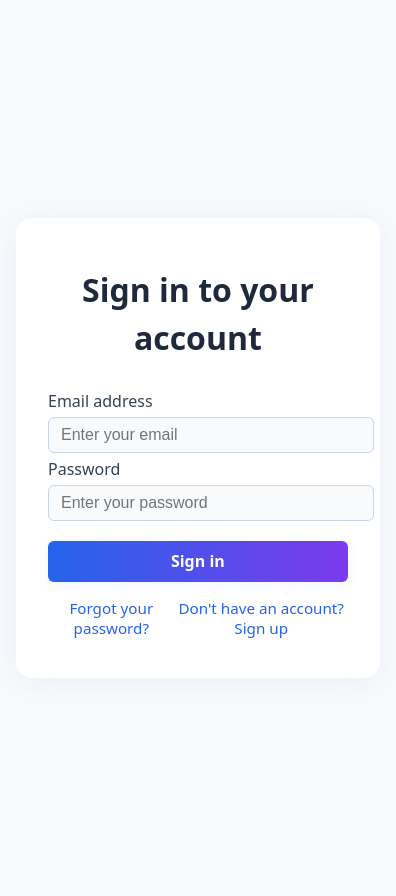
Repository: him021204/Task-Manager
Page: / (app in client/)
An editor plug-in stored every save of this project. The page is shown before and after the next save, followed by the edit.
The browser window is 375 px wide. The page is 396 px wide, then 375 px, so the pictures cover 396 px, including what lies to the right of the window. The pictures show the whole page.
The page's requests for data from a server got no answer. The project was rebuilt for these pictures with package versions that can differ from the ones it lists, and the page was loaded fresh each time. No one was signed in, and anything a server would have sent is missing. Also part of the build but not shown: client/vite.config.js, client/src/pages/Dashboard.css, client/src/pages/Dashboard.jsx, client/src/pages/Register.css, client/src/pages/Register.jsx, client/src/pages/Analytics.css, client/src/pages/Analytics.jsx, client/src/pages/CalendarView.css and 1 more.

Above is the page before, as saved 2025-06-16 19:22:24.

### client/src/App.jsx
import { BrowserRouter as Router, Routes, Route } from 'react-router-dom';
import { SocketProvider } from './context/SocketContext';
import { AuthProvider } from './context/AuthContext';
import Home from './pages/Home';
import Dashboard from './pages/Dashboard';
import Login from './pages/Login';
import Register from './pages/Register';
import Analytics from './pages/Analytics';
import CalendarView from './pages/CalendarView';
import { ToastContainer } from 'react-toastify';
import 'react-toastify/dist/ReactToastify.css';

const App = () => {
  // You can also remove the dark state if not needed
  // const [dark, setDark] = useState(false);
  return (
    <div className="min-h-screen bg-gray-100 text-black">
      <AuthProvider>
        <SocketProvider>
          <Router>
            <main className="pt-12 px-2 max-w-7xl mx-auto">
              <Routes>
                <Route path="/" element={<Login />} />
                <Route path="/home" element={<Home />} />
                <Route path="/dashboard" element={<Dashboard />} />
                <Route path="/register" element={<Register />} />
                <Route path="/analytics" element={<Analytics />} />
                <Route path="/calendar" element={<CalendarView />} />
              </Routes>
            </main>
          </Router>
          <ToastContainer position="top-right" autoClose={3000} />
        </SocketProvider>
      </AuthProvider>
    </div>
  );
};

export default App;

### client/src/context/SocketContext.jsx
import { createContext, useContext, useEffect } from 'react';
import { socket } from '../utils/socket';

const SocketContext = createContext();

export const SocketProvider = ({ children }) => {
  useEffect(() => {
    return () => socket.disconnect();
  }, []);

  return (
    <SocketContext.Provider value={socket}>
      {children}
    </SocketContext.Provider>
  );
};

export const useSocket = () => useContext(SocketContext);

### client/src/context/AuthContext.jsx
import { createContext, useContext, useEffect, useState } from 'react';
import axios from 'axios';

export const AuthContext = createContext();

export const AuthProvider = ({ children }) => {
  const [user, setUser] = useState(null);
  const [token, setToken] = useState(localStorage.getItem('token'));

  useEffect(() => {
    if (token) {
      axios.defaults.headers.common['Authorization'] = `Bearer ${token}`;
      setUser(JSON.parse(localStorage.getItem('user')));
    }
  }, [token]);

  const login = (data) => {
    localStorage.setItem('token', data.token);
    localStorage.setItem('user', JSON.stringify(data.user));
    setUser(data.user);
    setToken(data.token);
  };

  const logout = () => {
    localStorage.clear();
    setUser(null);
    setToken(null);
  };

  return (
    <AuthContext.Provider value={{ user, login, logout }}>
      {children}
    </AuthContext.Provider>
  );
};

export const useAuth = () => useContext(AuthContext);

### client/src/pages/Login.jsx
import { useNavigate } from 'react-router-dom';
import { useState } from 'react';
import axios from 'axios';
import './Login.css';

const Login = () => {
  const navigate = useNavigate();
  const [form, setForm] = useState({ email: '', password: '' });
  const [errors, setErrors] = useState({});
  const [isLoading, setIsLoading] = useState(false);
  const [serverError, setServerError] = useState('');

  // Handle input changes
  const handleInputChange = (field, value) => {
    setForm((prev) => ({ ...prev, [field]: value }));
    setErrors((prev) => ({ ...prev, [field]: '' }));
  };

  // Handle form submit
  const handleSubmit = async (e) => {
  e.preventDefault();

  let newErrors = {};
  if (!form.email) newErrors.email = 'Email is required';
  if (!form.password) newErrors.password = 'Password is required';
  setErrors(newErrors);
  if (Object.keys(newErrors).length > 0) return;

  try {
    setIsLoading(true);
    setServerError('');
    const res = await axios.post('http://localhost:5000/api/auth/login', form);
    if (res.data.token) {
      localStorage.setItem('token', res.data.token);
      navigate('/home');
    } else {
      setServerError('No token received from server');
    }
  } catch {
    setServerError('Invalid email or password');
  } finally {
    setIsLoading(false);
  }
};

  return (
    <div className="login-bg">
      <div className="login-container">
        <h2 className="login-title">Sign in to your account</h2>

        {serverError && (
          <div className="login-alert">{serverError}</div>
        )}

        <form className="space-y-4" onSubmit={handleSubmit}>
          {/* Email Field */}
          <div>
            <label htmlFor="email" className="login-label">
              Email address
            </label>
            <input
              id="email"
              name="email"
              type="email"
              autoComplete="email"
              required
              className={`login-input${errors.email ? ' error' : ''}`}
              placeholder="Enter your email"
              value={form.email}
              onChange={(e) => handleInputChange('email', e.target.value)}
              disabled={isLoading}
            />
            {errors.email && (
              <div className="login-error">{errors.email}</div>
            )}
          </div>

          {/* Password Field */}
          <div>
            <label htmlFor="password" className="login-label">
              Password
            </label>
            <input
              id="password"
              name="password"
              type="password"
              autoComplete="current-password"
              required
              className={`login-input${errors.password ? ' error' : ''}`}
              placeholder="Enter your password"
              value={form.password}
              onChange={(e) => handleInputChange('password', e.target.value)}
              disabled={isLoading}
            />
            {errors.password && (
              <div className="login-error">{errors.password}</div>
            )}
          </div>

          {/* Submit Button */}
          <button
            type="submit"
            disabled={isLoading}
            className="login-btn"
          >
            {isLoading ? (
              <>
                <svg className="animate-spin -ml-1 mr-3 h-5 w-5 text-white" xmlns="http://www.w3.org/2000/svg" fill="none" viewBox="0 0 24 24">
                  <circle className="opacity-25" cx="12" cy="12" r="10" stroke="currentColor" strokeWidth="4"></circle>
                  <path className="opacity-75" fill="currentColor" d="M4 12a8 8 0 018-8V0C5.373 0 0 5.373 0 12h4zm2 5.291A7.962 7.962 0 014 12H0c0 3.042 1.135 5.824 3 7.938l3-2.647z"></path>
                </svg>
                Signing in...
              </>
            ) : (
              'Sign in'
            )}
          </button>
        </form>

        {/* Additional Links */}
        <div className="login-links">
          <button className="login-link-btn" type="button">
            Forgot your password?
          </button>
          <button
            className="login-link-btn"
            type="button"
            onClick={() => navigate('/register')}
          >
            Don't have an account? Sign up
          </button>
        </div>
      </div>
    </div>
  );
};

export default Login;

### client/src/pages/Login.css
.login-bg {
  min-height: 100vh;
  width: 97vw;
  display: flex;
  align-items: center;
  justify-content: center;
  background: #f9fafb;
  padding: 3rem 1rem;
}

.login-container {
  width: 100%;
  max-width: 400px;
  background: #fff;
  border-radius: 1rem;
  box-shadow: 0 4px 32px rgba(37, 99, 235, 0.08);
  padding: 2.5rem 2rem;
  margin: 0 auto;
}

.login-title {
  margin-top: 0.5rem;
  text-align: center;
  font-size: 2rem;
  font-weight: 800;
  color: #1e293b;
}

.login-alert {
  background: #fef2f2;
  border: 1px solid #fecaca;
  color: #dc2626;
  padding: 0.75rem 1rem;
  border-radius: 0.5rem;
  font-size: 0.95rem;
  margin-bottom: 1rem;
  text-align: center;
}

.login-label {
  display: block;
  font-size: 1rem;
  font-weight: 500;
  color: #334155;
  margin-bottom: 0.25rem;
}

.login-input {
  width: 100%;
  padding: 0.5rem 0.75rem;
  border: 1px solid #cbd5e1;
  border-radius: 0.375rem;
  font-size: 1rem;
  color: #1e293b;
  background: #f8fafc;
  margin-bottom: 0.25rem;
  transition: border 0.2s;
}

.login-input:focus {
  outline: none;
  border-color: #2563eb;
  background: #fff;
}

.login-input.error {
  border-color: #f87171;
  background: #fef2f2;
}

.login-error {
  color: #dc2626;
  font-size: 0.95rem;
  margin-bottom: 0.5rem;
}

.login-btn {
  width: 100%;
  display: flex;
  justify-content: center;
  align-items: center;
  padding: 0.6rem 0;
  background: linear-gradient(90deg, #2563eb, #7c3aed);
  color: #fff;
  font-weight: 600;
  font-size: 1rem;
  border: none;
  border-radius: 0.375rem;
  margin-top: 1rem;
  margin-bottom: 1rem;
  cursor: pointer;
  transition: background 0.2s, box-shadow 0.2s;
  box-shadow: 0 2px 12px rgba(37, 99, 235, 0.08);
}

.login-btn:disabled {
  background: #cbd5e1;
  cursor: not-allowed;
}

.login-links {
  display: flex;
  justify-content: space-between;
  align-items: center;
  margin-top: 0.5rem;
}

.login-link-btn {
  background: none;
  border: none;
  color: #2563eb;
  font-weight: 500;
  font-size: 0.95rem;
  cursor: pointer;
  padding: 0;
  transition: color 0.2s;
}

.login-link-btn:hover {
  color: #7c3aed;
}

### client/src/pages/Home.css
/* Base Container */
.home-container {
  min-height: 100vh;
  width: 100vw;
  background: linear-gradient(135deg, #f1f5f9 0%, #e0f2fe 50%, #e0e7ff 100%);
  font-family: -apple-system, BlinkMacSystemFont, "Segoe UI", Roboto, sans-serif;
}

/* Navigation Bar */
.navbar {
  width: 100%;
  background: rgba(255, 255, 255, 0.85);
  border-bottom: 1px solid #e5e7eb;
  padding: 16px 0;
  position: sticky;
  top: 0;
  z-index: 50;
}

.nav-content {
  max-width: 1200px;
  margin: 0 auto;
  display: flex;
  align-items: center;
  justify-content: space-between;
  padding: 0 32px;
}

.logo {
  font-weight: bold;
  font-size: 22px;
  color: #2563eb;
}

.nav-links {
  display: flex;
  gap: 28px;
}

.nav-link {
  color: #475569;
  font-weight: 500;
  text-decoration: none;
  transition: color 0.3s ease;
}

.nav-link.active {
  color: #2563eb;
}

.nav-link:hover {
  color: #2563eb;
}

/* Welcome Banner */
.welcome-banner {
  background: linear-gradient(90deg, rgba(59, 130, 246, 0.1), rgba(168, 85, 247, 0.1), rgba(34, 197, 94, 0.1));
  backdrop-filter: blur(10px);
  border-bottom: 1px solid rgba(255, 255, 255, 0.2);
  padding: 16px;
  text-align: center;
}

/* Hero Section */
.hero-section {
  padding: 80px 20px;
  position: relative;
}

.bg-element {
  position: absolute;
  border-radius: 50%;
  filter: blur(60px);
  animation: pulse 4s infinite;
}

.bg-element-1 {
  top: -160px;
  right: -160px;
  width: 320px;
  height: 320px;
  background: linear-gradient(135deg, rgba(59, 130, 246, 0.3), rgba(147, 51, 234, 0.3));
}

.bg-element-2 {
  bottom: -160px;
  left: -160px;
  width: 384px;
  height: 384px;
  background: linear-gradient(45deg, rgba(34, 197, 94, 0.2), rgba(59, 130, 246, 0.2));
  animation: pulse 6s infinite;
}

.hero-content {
  max-width: 1200px;
  margin: 0 auto;
  position: relative;
  z-index: 10;
}

.hero-text {
  text-align: center;
  margin-bottom: 64px;
}

/* Main Heading */
.main-heading {
  margin-bottom: 32px;
}

.heading-line-1, .heading-line-2 {
  font-size: clamp(48px, 8vw, 120px);
  font-weight: bold;
  line-height: 1.1;
  margin: 0;
  -webkit-background-clip: text;
  -webkit-text-fill-color: transparent;
  background-clip: text;
}

.heading-line-1 {
  background: linear-gradient(135deg, #1e293b, #1d4ed8, #4338ca);
  margin-bottom: 16px;
}

.heading-line-2 {
  background: linear-gradient(135deg, #2563eb, #7c3aed, #4f46e5);
}

/* Subtitle */
.subtitle {
  font-size: clamp(18px, 3vw, 28px);
  color: #475569;
  margin-bottom: 48px;
  max-width: 800px;
  margin: 0 auto 48px auto;
  line-height: 1.6;
  font-weight: 300;
}

.highlight {
  font-weight: 600;
  color: #1d4ed8;
}

/* CTA Container */
.cta-container {
  display: flex;
  flex-direction: row;
  justify-content: center;
  gap: 24px;
  margin-bottom: 80px;
}

@media (max-width: 640px) {
  .cta-container {
    flex-direction: column;
  }
}

.cta-button {
  background: linear-gradient(135deg, #2563eb, #7c3aed);
  color: white;
  padding: 20px 40px;
  border-radius: 16px;
  font-weight: bold;
  font-size: 20px;
  border: none;
  cursor: pointer;
  box-shadow: 0 20px 40px rgba(37, 99, 235, 0.3);
  transition: all 0.3s ease;
  display: flex;
  align-items: center;
  justify-content: center;
  gap: 8px;
  text-decoration: none;
}

/* Stats Section */
.stats-grid {
  display: grid;
  grid-template-columns: repeat(auto-fit, minmax(300px, 1fr));
  gap: 32px;
  max-width: 1000px;
  margin: 0 auto;
}

.stat-card {
  background: rgba(255, 255, 255, 0.6);
  backdrop-filter: blur(20px);
  padding: 32px;
  border-radius: 24px;
  box-shadow: 0 20px 40px rgba(0, 0, 0, 0.1);
  border: 1px solid rgba(255, 255, 255, 0.2);
  text-align: center;
  transition: all 0.5s ease;
  cursor: pointer;
}

.stat-icon {
  font-size: 48px;
  margin-bottom: 16px;
}

.stat-number {
  font-size: 48px;
  font-weight: bold;
  -webkit-background-clip: text;
  -webkit-text-fill-color: transparent;
  background-clip: text;
  margin-bottom: 12px;
}

.gradient-blue {
  background: linear-gradient(135deg, #2563eb, #06b6d4);
}

.gradient-green {
  background: linear-gradient(135deg, #10b981, #34d399);
}

.gradient-purple {
  background: linear-gradient(135deg, #8b5cf6, #ec4899);
}

.stat-label {
  color: #64748b;
  font-weight: 500;
  font-size: 18px;
}

/* Features Section */
.features-section {
  padding: 96px 20px;
  background: rgba(248, 250, 252, 0.5);
}

.features-container {
  max-width: 1200px;
  margin: 0 auto;
}

/* Section Header */
.section-header {
  text-align: center;
  margin-bottom: 80px;
}

.features-title {
  font-size: clamp(40px, 6vw, 72px);
  font-weight: bold;
  margin-bottom: 24px;
  background: linear-gradient(135deg, #1e293b, #1d4ed8);
  -webkit-background-clip: text;
  -webkit-text-fill-color: transparent;
  background-clip: text;
}

.features-subtitle {
  font-size: 24px;
  color: #475569;
  max-width: 600px;
  margin: 0 auto;
  line-height: 1.6;
}

/* Features Grid */
.features-grid {
  display: grid;
  grid-template-columns: repeat(auto-fit, minmax(350px, 1fr));
  gap: 48px;
  margin-bottom: 96px;
}

.feature-card {
  background: rgba(255, 255, 255, 0.4);
  backdrop-filter: blur(20px);
  padding: 40px;
  border-radius: 24px;
  box-shadow: 0 30px 60px rgba(0, 0, 0, 0.1);
  border: 1px solid rgba(255, 255, 255, 0.3);
  transition: all 0.5s ease;
  cursor: pointer;
}

/* Feature Icon */
.feature-icon-container {
  margin-bottom: 32px;
  padding: 16px;
  background: linear-gradient(135deg, rgba(255, 255, 255, 0.8), rgba(248, 250, 252, 0.8));
  border-radius: 16px;
  display: inline-block;
  box-shadow: 0 8px 16px rgba(0, 0, 0, 0.1);
}

.feature-icon {
  width: 32px;
  height: 32px;
}

.blue-icon {
  color: #3b82f6;
}

.green-icon {
  color: #10b981;
}

.purple-icon {
  color: #8b5cf6;
}

/* Feature Content */
.feature-title {
  font-size: 24px;
  font-weight: bold;
  color: #1e293b;
  margin-bottom: 24px;
}

.feature-description {
  color: #475569;
  line-height: 1.6;
  font-size: 18px;
}

/* Bottom CTA */
.bottom-cta {
  text-align: center;
}

.cta-card {
  background: linear-gradient(135deg, #2563eb, #7c3aed, #4f46e5);
  padding: 64px;
  border-radius: 24px;
  box-shadow: 0 40px 80px rgba(37, 99, 235, 0.3);
  position: relative;
  overflow: hidden;
}

.cta-overlay {
  position: absolute;
  inset: 0;
  background: linear-gradient(135deg, rgba(59, 130, 246, 0.2), rgba(168, 85, 247, 0.2));
  animation: pulse 3s infinite;
}

.cta-content {
  position: relative;
}

.cta-title {
  font-size: clamp(32px, 5vw, 56px);
  font-weight: bold;
  color: white;
  margin-bottom: 24px;
}

.cta-subtitle {
  font-size: 24px;
  margin-bottom: 40px;
  color: rgba(219, 234, 254, 1);
  max-width: 600px;
  margin: 0 auto 40px auto;
}

.trial-button {
  background: white;
  color: #2563eb;
  padding: 24px 48px;
  border-radius: 16px;
  font-weight: bold;
  font-size: 20px;
  border: none;
  cursor: pointer;
  box-shadow: 0 20px 40px rgba(0, 0, 0, 0.2);
  transition: all 0.3s ease;
  display: inline-flex;
  align-items: center;
  gap: 12px;
}

/* Footer */
.footer {
  background: rgba(255, 255, 255, 0.3);
  backdrop-filter: blur(20px);
  padding: 64px 20px;
  border-top: 1px solid rgba(255, 255, 255, 0.2);
}

.footer-content {
  max-width: 1000px;
  margin: 0 auto;
  text-align: center;
}

.footer-text {
  color: #64748b;
  font-size: 20px;
  margin-bottom: 32px;
}

.footer-links {
  display: flex;
  justify-content: center;
  gap: 48px;
  flex-wrap: wrap;
}

.footer-link {
  color: #64748b;
  font-size: 18px;
  font-weight: 500;
  text-decoration: none;
  transition: color 0.3s ease;
}

/* Animations */
@keyframes pulse {
  0%, 100% {
    opacity: 1;
  }
  50% {
    opacity: 0.5;
  }
}

Loaded but not shown: client/index.html (common file); client/src/main.jsx (common file); client/src/index.css (common file); client/src/utils/socket.js (2 lines, source omitted); client/src/pages/Home.jsx (272 lines, source omitted)

After the next save:
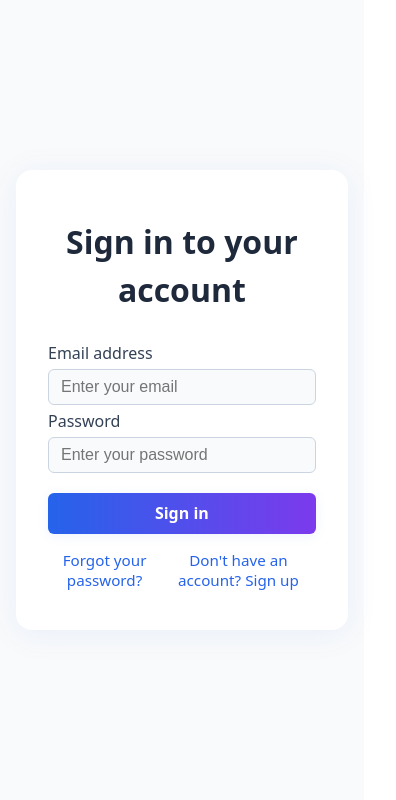
Saved 2 min 15 s later.
--- a/client/src/pages/Home.css
+++ b/client/src/pages/Home.css
@@ -1,9 +1,16 @@
 /* Base Container */
+*,
+*::before,
+*::after {
+  box-sizing: border-box;
+}
+
 .home-container {
   min-height: 100vh;
   width: 100vw;
   background: linear-gradient(135deg, #f1f5f9 0%, #e0f2fe 50%, #e0e7ff 100%);
   font-family: -apple-system, BlinkMacSystemFont, "Segoe UI", Roboto, sans-serif;
+  overflow-x: hidden;
 }
 
 /* Navigation Bar */
@@ -30,6 +37,7 @@
   font-weight: bold;
   font-size: 22px;
   color: #2563eb;
+  letter-spacing: 1px;
 }
 
 .nav-links {
@@ -41,15 +49,16 @@
   color: #475569;
   font-weight: 500;
   text-decoration: none;
-  transition: color 0.3s ease;
-}
-
-.nav-link.active {
-  color: #2563eb;
-}
-
+  transition: color 0.3s ease, outline 0.2s;
+  outline: none;
+}
+
+.nav-link.active,
+.nav-link:focus,
 .nav-link:hover {
   color: #2563eb;
+  outline: 2px solid #2563eb;
+  outline-offset: 2px;
 }
 
 /* Welcome Banner */
@@ -59,12 +68,14 @@
   border-bottom: 1px solid rgba(255, 255, 255, 0.2);
   padding: 16px;
   text-align: center;
+  font-size: 1.1rem;
 }
 
 /* Hero Section */
 .hero-section {
   padding: 80px 20px;
   position: relative;
+  overflow: hidden;
 }
 
 .bg-element {
@@ -72,6 +83,8 @@
   border-radius: 50%;
   filter: blur(60px);
   animation: pulse 4s infinite;
+  pointer-events: none;
+  z-index: 1;
 }
 
 .bg-element-1 {
@@ -109,7 +122,7 @@
 }
 
 .heading-line-1, .heading-line-2 {
-  font-size: clamp(48px, 8vw, 120px);
+  font-size: clamp(36px, 8vw, 120px);
   font-weight: bold;
   line-height: 1.1;
   margin: 0;
@@ -129,7 +142,7 @@
 
 /* Subtitle */
 .subtitle {
-  font-size: clamp(18px, 3vw, 28px);
+  font-size: clamp(16px, 3vw, 28px);
   color: #475569;
   margin-bottom: 48px;
   max-width: 800px;
@@ -155,6 +168,7 @@
 @media (max-width: 640px) {
   .cta-container {
     flex-direction: column;
+    gap: 16px;
   }
 }
 
@@ -176,6 +190,13 @@
   text-decoration: none;
 }
 
+.cta-button:focus,
+.cta-button:hover {
+  background: linear-gradient(135deg, #1d4ed8, #7c3aed);
+  outline: 2px solid #2563eb;
+  outline-offset: 2px;
+}
+
 /* Stats Section */
 .stats-grid {
   display: grid;
@@ -197,6 +218,12 @@
   cursor: pointer;
 }
 
+.stat-card:focus,
+.stat-card:hover {
+  box-shadow: 0 30px 60px rgba(37, 99, 235, 0.15);
+  border-color: #2563eb;
+}
+
 .stat-icon {
   font-size: 48px;
   margin-bottom: 16px;
@@ -247,7 +274,7 @@
 }
 
 .features-title {
-  font-size: clamp(40px, 6vw, 72px);
+  font-size: clamp(32px, 6vw, 72px);
   font-weight: bold;
   margin-bottom: 24px;
   background: linear-gradient(135deg, #1e293b, #1d4ed8);
@@ -267,8 +294,8 @@
 /* Features Grid */
 .features-grid {
   display: grid;
-  grid-template-columns: repeat(auto-fit, minmax(350px, 1fr));
-  gap: 48px;
+  grid-template-columns: repeat(auto-fit, minmax(300px, 1fr));
+  gap: 32px;
   margin-bottom: 96px;
 }
 
@@ -283,7 +310,12 @@
   cursor: pointer;
 }
 
-/* Feature Icon */
+.feature-card:focus,
+.feature-card:hover {
+  box-shadow: 0 40px 80px rgba(37, 99, 235, 0.15);
+  border-color: #2563eb;
+}
+
 .feature-icon-container {
   margin-bottom: 32px;
   padding: 16px;
@@ -310,7 +342,6 @@
   color: #8b5cf6;
 }
 
-/* Feature Content */
 .feature-title {
   font-size: 24px;
   font-weight: bold;
@@ -350,14 +381,14 @@
 }
 
 .cta-title {
-  font-size: clamp(32px, 5vw, 56px);
+  font-size: clamp(28px, 5vw, 56px);
   font-weight: bold;
   color: white;
   margin-bottom: 24px;
 }
 
 .cta-subtitle {
-  font-size: 24px;
+  font-size: 22px;
   margin-bottom: 40px;
   color: rgba(219, 234, 254, 1);
   max-width: 600px;
@@ -380,6 +411,14 @@
   gap: 12px;
 }
 
+.trial-button:focus,
+.trial-button:hover {
+  background: #2563eb;
+  color: #fff;
+  outline: 2px solid #fff;
+  outline-offset: 2px;
+}
+
 /* Footer */
 .footer {
   background: rgba(255, 255, 255, 0.3);
@@ -415,6 +454,13 @@
   transition: color 0.3s ease;
 }
 
+.footer-link:focus,
+.footer-link:hover {
+  color: #2563eb;
+  outline: 2px solid #2563eb;
+  outline-offset: 2px;
+}
+
 /* Animations */
 @keyframes pulse {
   0%, 100% {
@@ -424,3 +470,37 @@
     opacity: 0.5;
   }
 }
+
+/* Responsive Tweaks */
+@media (max-width: 900px) {
+  .nav-content {
+    padding: 0 12px;
+  }
+  .hero-section {
+    padding: 40px 8px;
+  }
+  .features-section {
+    padding: 48px 8px;
+  }
+  .cta-card {
+    padding: 32px;
+  }
+}
+
+@media (max-width: 600px) {
+  .main-heading {
+    font-size: 2rem;
+  }
+  .stat-card,
+  .feature-card {
+    padding: 18px;
+    border-radius: 14px;
+  }
+  .cta-card {
+    padding: 18px;
+    border-radius: 14px;
+  }
+  .footer {
+    padding: 24px 8px;
+  }
+}
